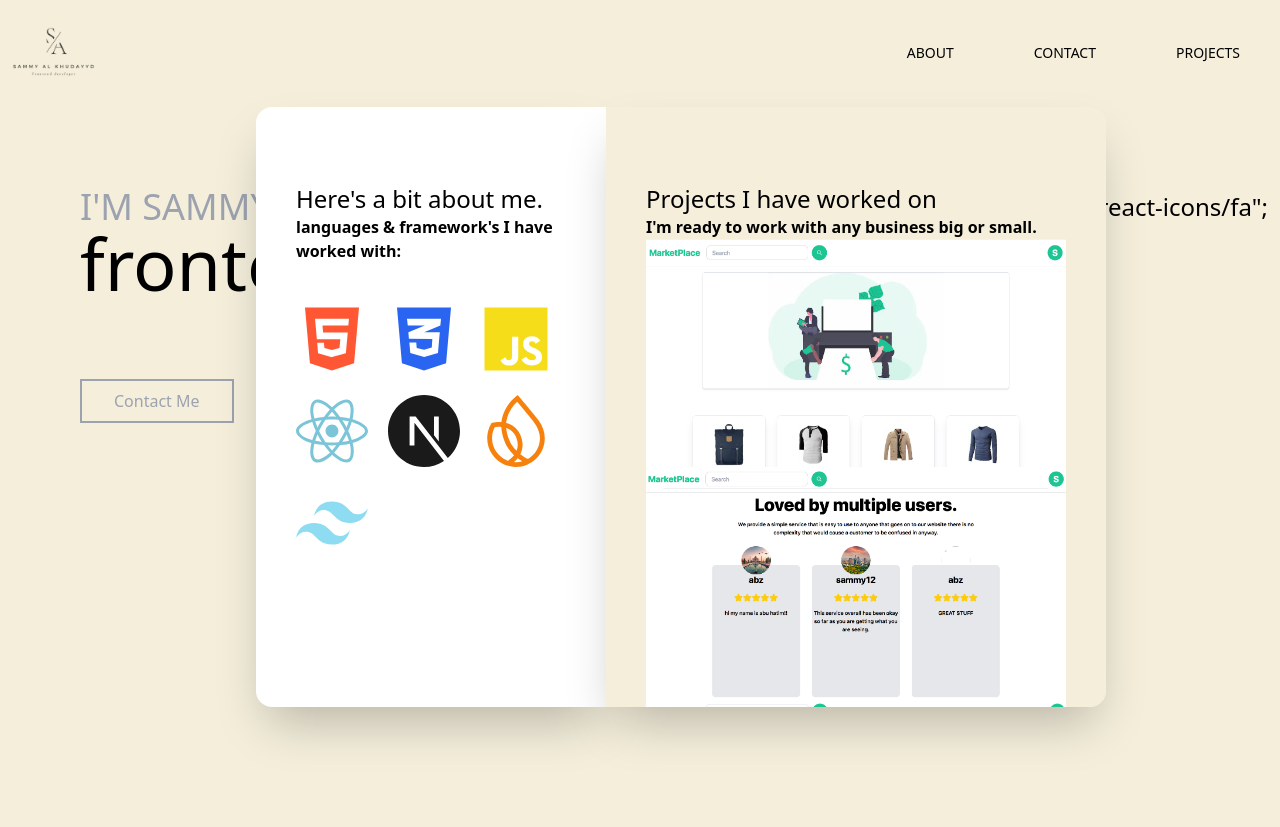
Repository: Al123Kudayyd/myportfolio
Page: /
The author's editor kept a copy of each file at every save. The page is drawn from the files as they stood at one save, then again after a run of saves.
The browser window is 1280 px wide. The pictures show the whole page.
An inner scrolling area shows only its first screen. The project was rebuilt for these pictures with package versions that can differ from the ones it lists, and the page was loaded fresh each time. Also part of the build but not shown: src/components/model.js.

Above is the page before, as saved 2024-02-21 14:35:28.

After the next 7 saves:
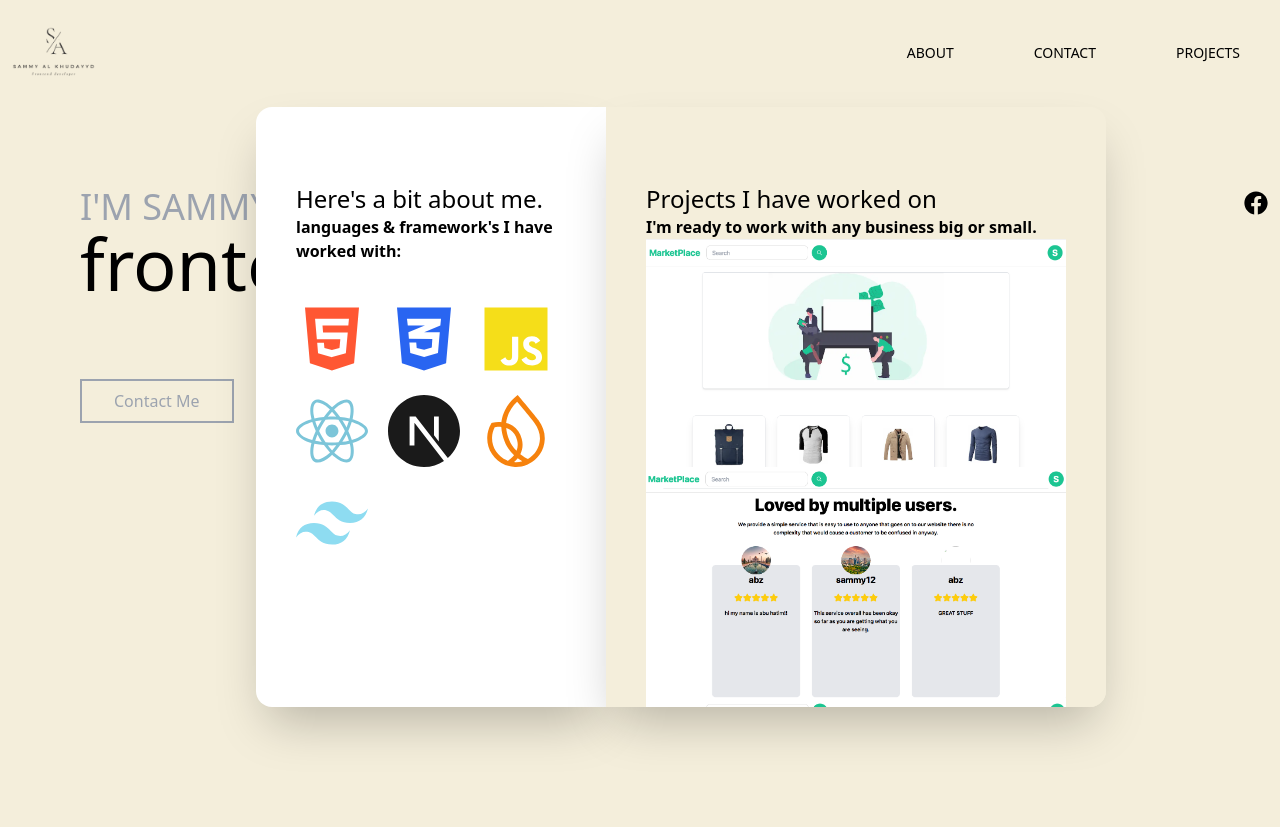
The 7 saves are shown as one change because 3 did not build or start and some came seconds apart.
The last was saved 45 s later.
--- a/src/components/Main.jsx
+++ b/src/components/Main.jsx
@@ -3,7 +3,6 @@ import Model from './Model'
 import { LiaTimesSolid } from "react-icons/lia";
 import { FaFacebook } from "react-icons/fa";
 import Projects from './Projects';
-
 
 function Main() {
     const [openModal, setOpenModal] = useState(false)
@@ -24,10 +23,11 @@ function Main() {
         openModal && <Model btn={<LiaTimesSolid onClick={() => setOpenModal(false)} />} />
     }
     <div className='absolute top-[10%] right-0 text-2xl space-y-5 m-3'>
-    import { FaFacebook } from "react-icons/fa";
+        <FaFacebook />
+
 
         </div>
-        <Projects className='' />
+        <Projects  />
     </div>
   )
 }
